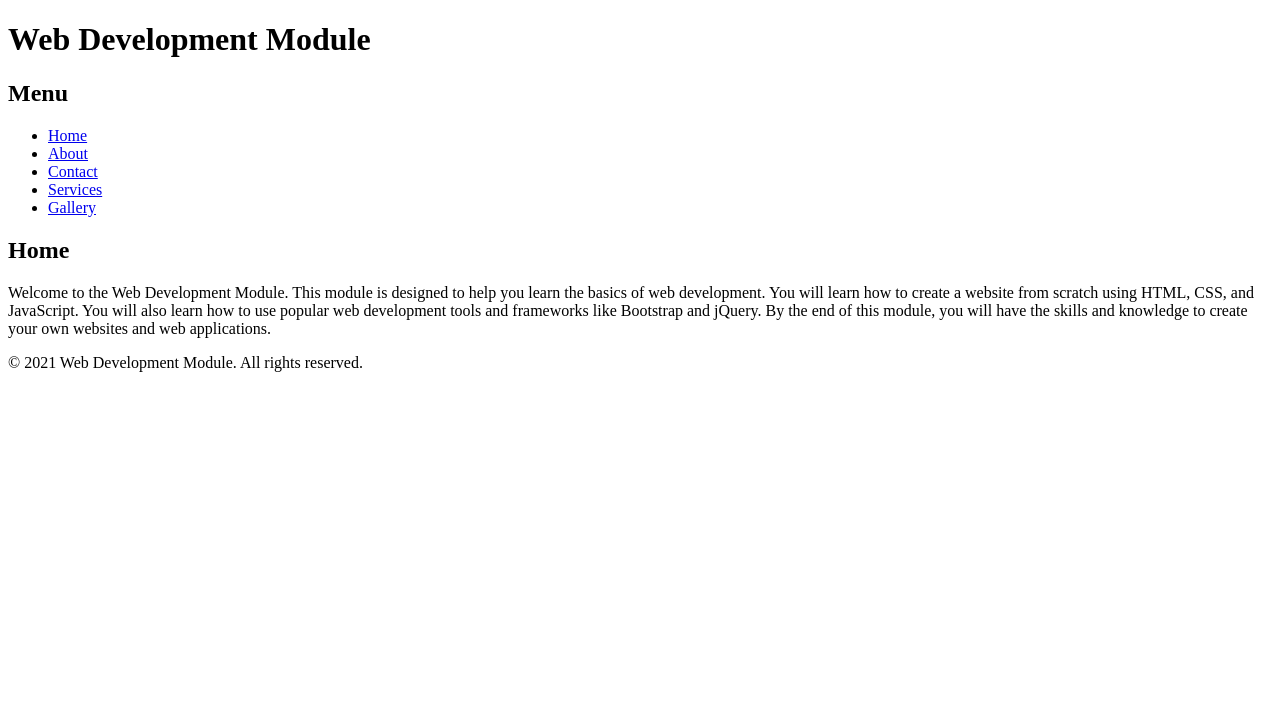
Repository: Haakim19/WebDevelopment
Page: Main.html
These files come from the project's save history. The page is drawn as it stood at one moment and after the next save; the edit follows.
The browser window is 1280 px wide. The pictures show the whole page.

Above is the page before, as saved 2024-10-02 14:27:32.

### Main.html
<!DOCTYPE html>
<html lang="en">
<head>
    <meta charset="UTF-8">
    <meta name="viewport" content="width=device-width, initial-scale=1.0">
    <link rel="stylesheet" href="Main.css">
    <title>Web Development Module</title>
</head>
<body>
    <div class="dashbord">
        <div class="dashbord-header">
            <h1>Web Development Module</h1>
        </div>
        <div class="dashbord-body">
            <div class="dashbord-body-left">
                <div class="dashbord-body-left-header">
                    <h2>Menu</h2>
                </div>
                <div class="dashbord-body-left-body">
                    <ul>
                        <li><a href="Main.html">Home</a></li>
                        <li><a href="About.html">About</a></li>
                        <li><a href="Contact.html">Contact</a></li>
                        <li><a href="Services.html">Services</a></li>
                        <li><a href="Gallery.html">Gallery</a></li>
                    </ul>
                </div>
            </div>
            <div class="dashbord-body-right">
                <div class="dashbord-body-right-header">
                    <h2>Home</h2>
                </div>
                <div class="dashbord-body-right-body">
                    <p>Welcome to the Web Development Module. This module is designed to help you learn the basics of web development. You will learn how to create a website from scratch using HTML, CSS, and JavaScript. You will also learn how to use popular web development tools and frameworks like Bootstrap and jQuery. By the end of this module, you will have the skills and knowledge to create your own websites and web applications.</p>
                </div>
            </div>
        </div>
        <div class="dashbord-footer">
            <p>&copy; 2021 Web Development Module. All rights reserved.</p>
        </div>
    </div>

</body>
</html>

### Main.css
.body{
    background-color:lightblue;
    font-family: Arial,monospace;

}

After the next save:
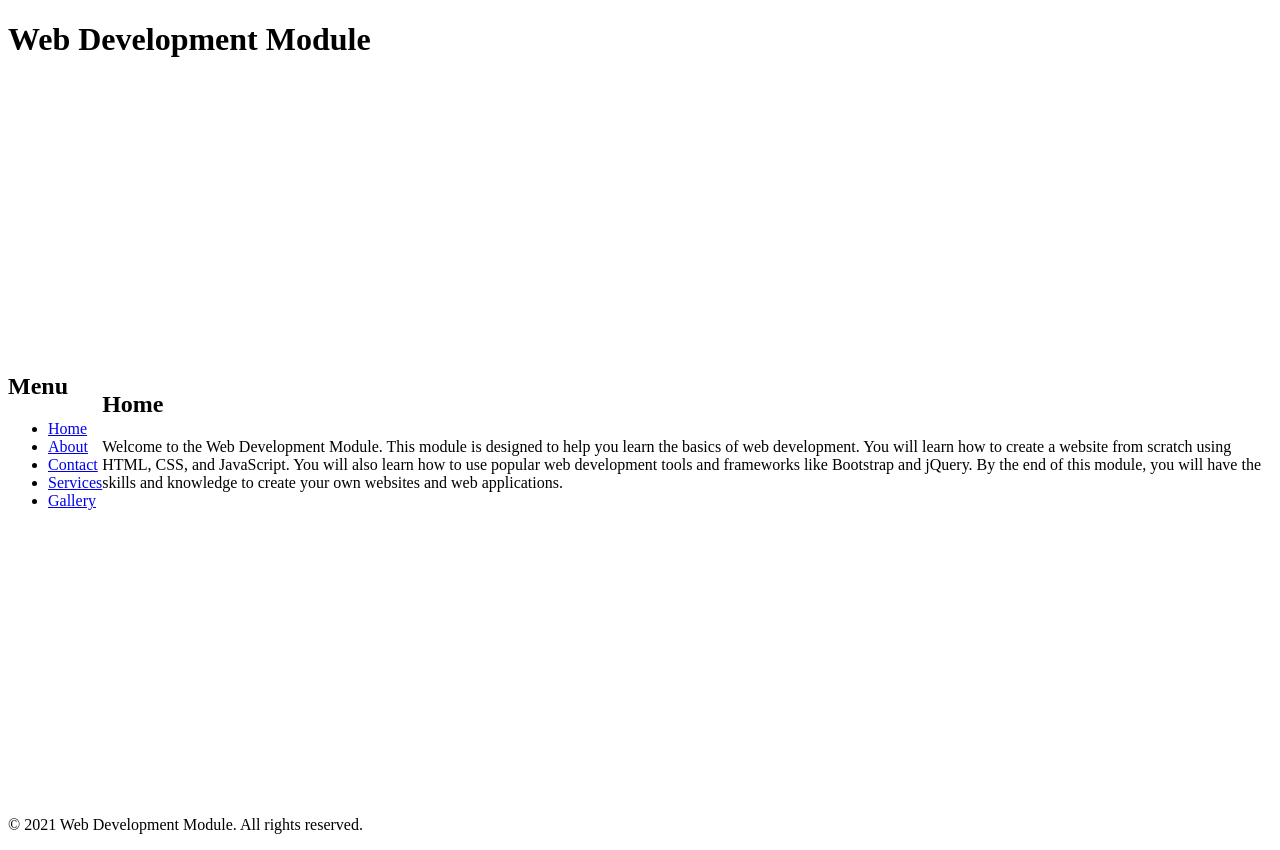
Saved 25 s later.
--- a/Main.css
+++ b/Main.css
@@ -1,5 +1,10 @@
 .body{
     background-color:lightblue;
     font-family: Arial,monospace;
-
 }
+.dashbord-body{
+    display: flex;
+    justify-content: center;
+    align-items: center;
+    height: 100vh;
+}
